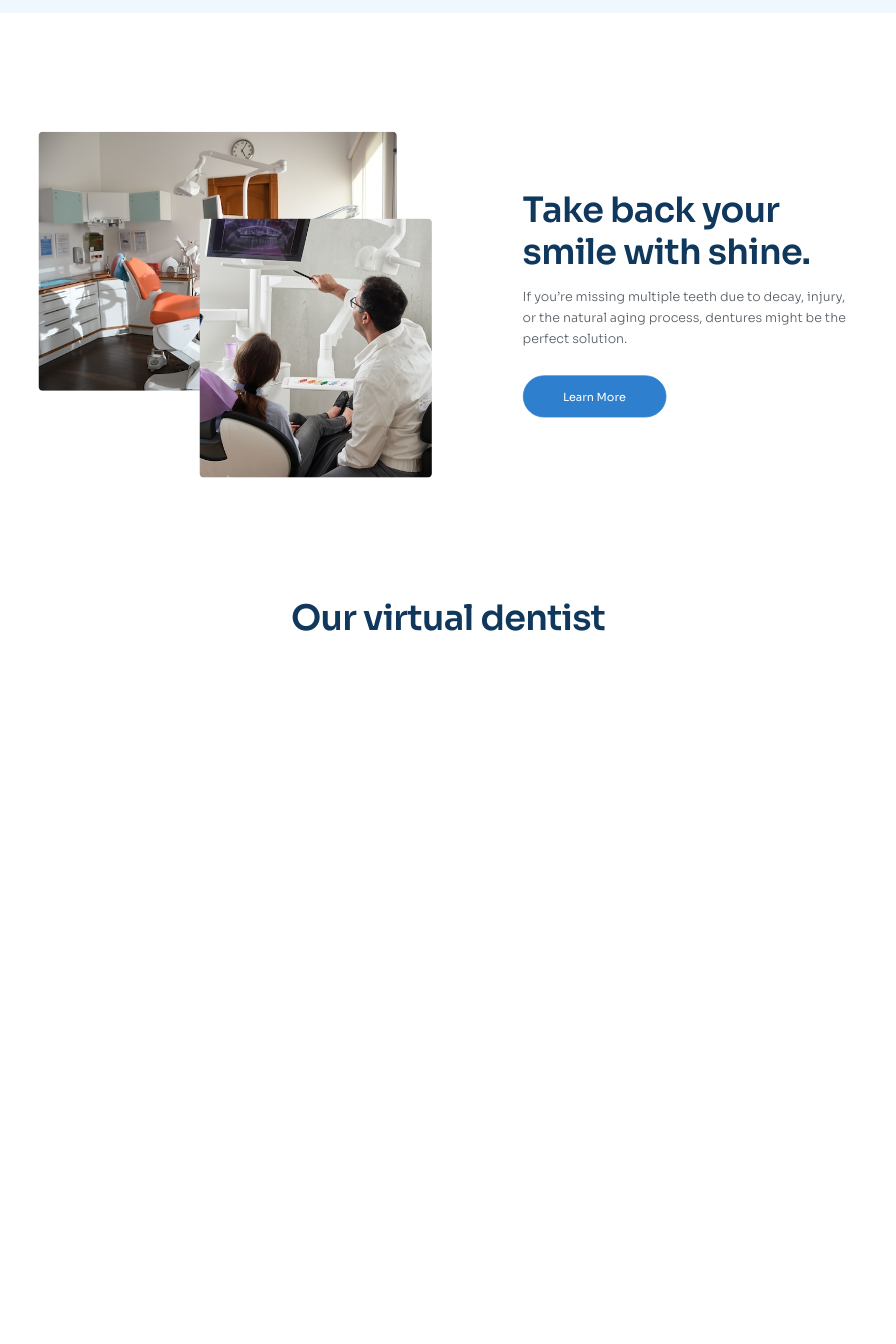
Repository: han2003dz/f8-project-03
Page: index.html
These files come from the project's save history. The page is drawn as it stood at one moment and after a run of saves; the edit follows.
The browser window is 1280 px wide. The pictures show the part of the page from y = 2685 to 4605 px (the page is 6000 px tall), at 70% of full size.

Above is the page before, as saved 2023-05-06 22:44:49.

After the next 2 saves:
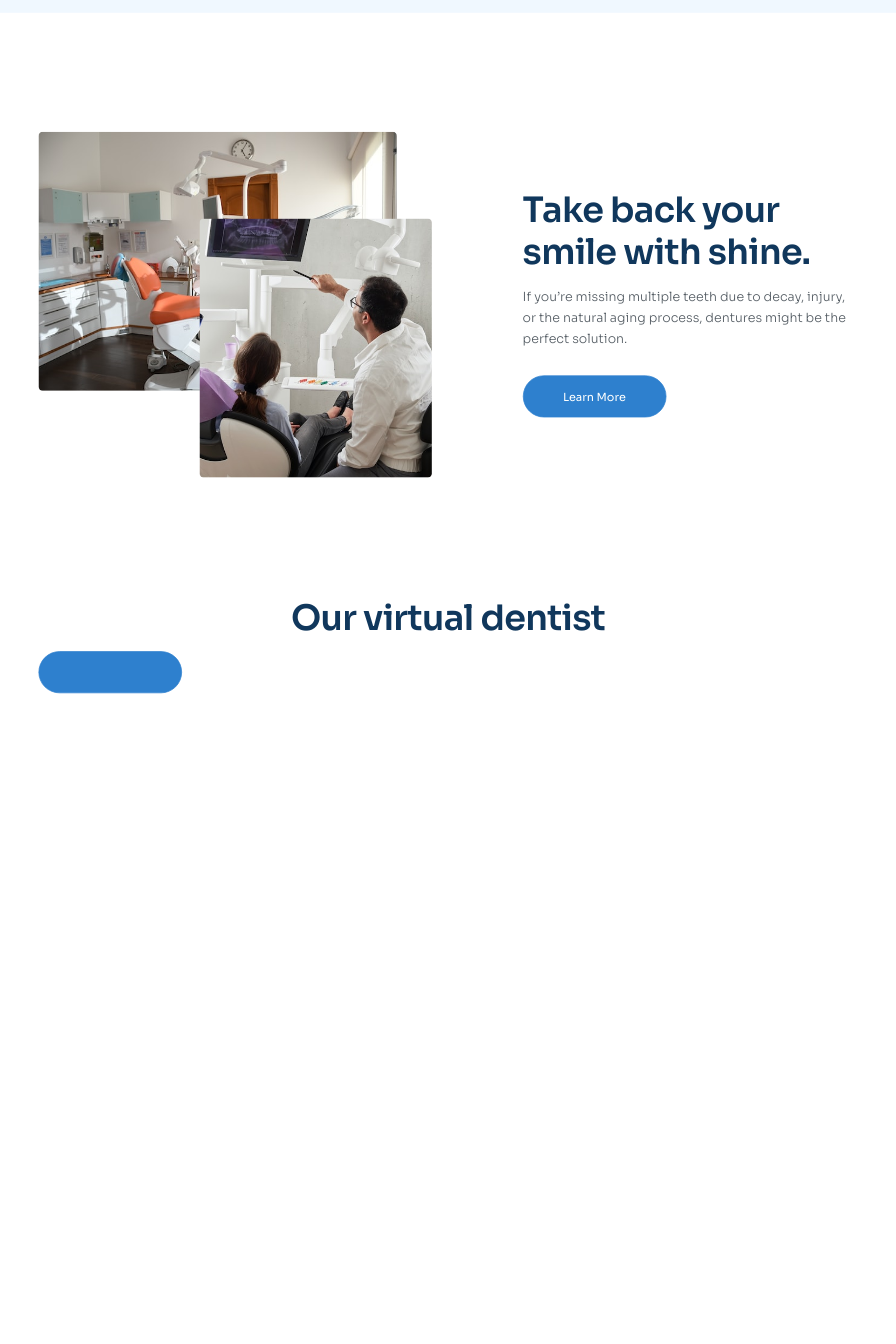
The 2 saves are shown as one change because they came seconds apart.
The last was saved 49 s later.
--- a/index.html
+++ b/index.html
@@ -224,6 +224,7 @@
         <section class="member">
             <div class="container">
                 <h2 class="section-heading">Our virtual dentist</h2>
+                <a href="#!" class="btn"></a>
             </div>
         </section>
     </main>
